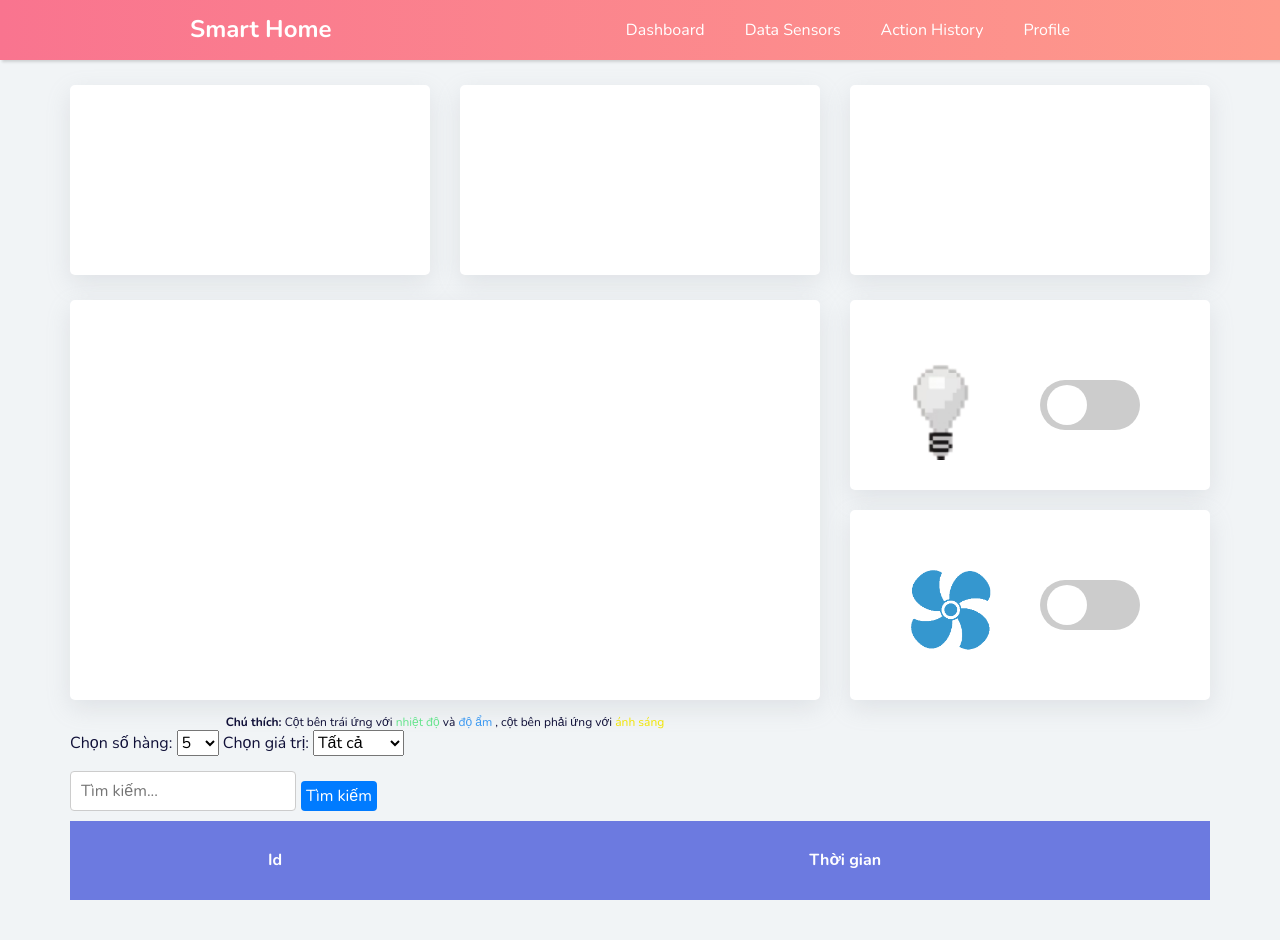
Repository: nhnhunnn/SmartHome
Page: datasensors.html
An editor plug-in stored every save of this project. The page is shown before and after a run of saves, followed by the edit.
The browser window is 1280 px wide. The pictures show the whole page.
The page's requests for data from a server got no answer.

Above is the page before, as saved 2024-06-03 22:42:58.

After the next 2 saves:
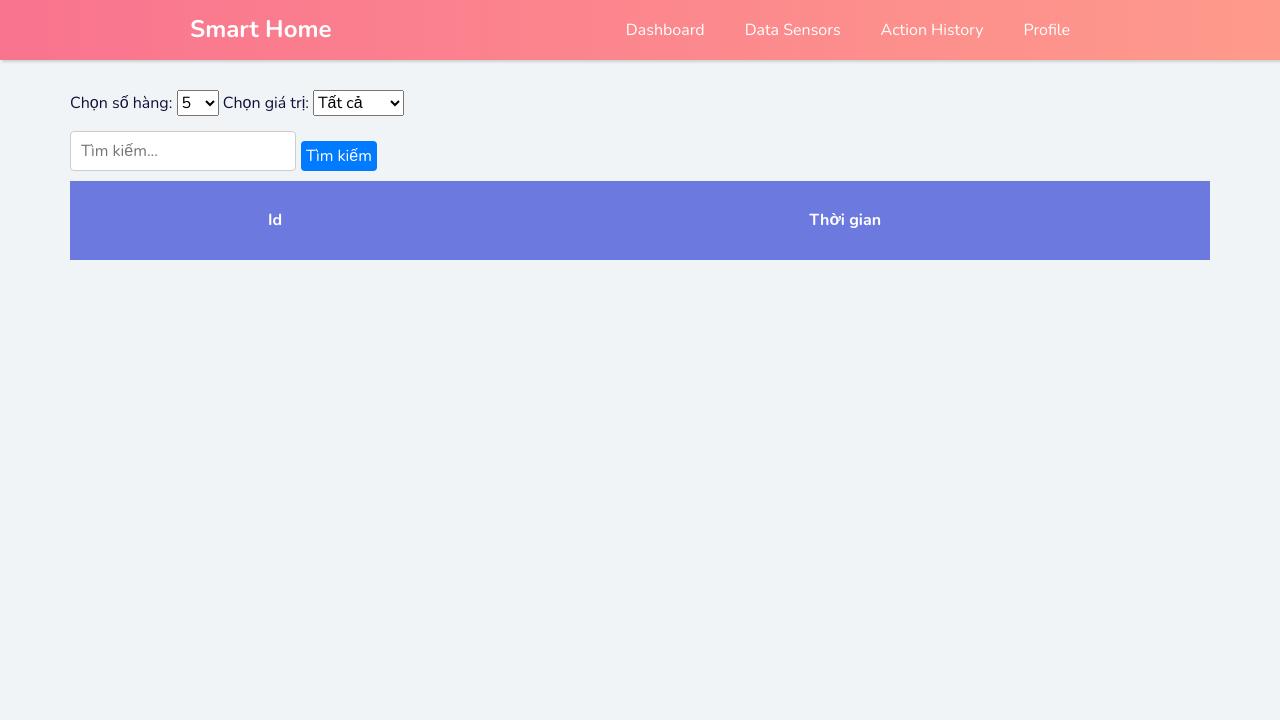
The 2 saves are shown as one change because they came seconds apart.
The last was saved 16 s later.
--- a/datasensors.html
+++ b/datasensors.html
@@ -39,81 +39,6 @@
       </ul>
     </div>
   </div>
-  <!-- Dashboard -->
-  <div class="hidden tabContent" id="wrapper">
-    <div class="envir">
-      <div class="envirItem">
-        <div class="envirTitle">
-          <svg xmlns="http://www.w3.org/2000/svg" width="50" height="50" viewBox="0 0 24 24" fill="none" stroke="#FFFF"
-            stroke-width="1.5" stroke-linecap="round" stroke-linejoin="round" class="lucide lucide-thermometer">
-            <path d="M14 4v10.54a4 4 0 1 1-4 0V4a2 2 0 0 1 4 0Z" />
-          </svg>
-          <span>Nhiệt độ</span>
-        </div>
-        <p class="envirTemp">26°C</p>
-      </div>
-      <div class="envirItem1">
-        <div class="envirTitle">
-          <svg xmlns="http://www.w3.org/2000/svg" width="50" height="50" viewBox="0 0 24 24" fill="none"
-            stroke="#ffffff" stroke-width="1.5" stroke-linecap="round" stroke-linejoin="round"
-            class="lucide lucide-droplets">
-            <path
-              d="M7 16.3c2.2 0 4-1.83 4-4.05 0-1.16-.57-2.26-1.71-3.19S7.29 6.75 7 5.3c-.29 1.45-1.14 2.84-2.29 3.76S3 11.1 3 12.25c0 2.22 1.8 4.05 4 4.05z" />
-            <path d="M12.56 6.6A10.97 10.97 0 0 0 14 3.02c.5 2.5 2 4.9 4 6.5s3 3.5 3 5.5a6.98 6.98 0 0 1-11.91 4.97" />
-          </svg>
-          <span>Độ ẩm</span>
-        </div>
-        <p class="envirHum">50%</p>
-      </div>
-      <div class="envirItem2">
-        <div class="envirTitle">
-          <svg xmlns="http://www.w3.org/2000/svg" width="50" height="50" viewBox="0 0 24 24" fill="none"
-            stroke="#ffffff" stroke-width="1.5" stroke-linecap="round" stroke-linejoin="round"
-            class="lucide lucide-sun">
-            <circle cx="12" cy="12" r="4" />
-            <path d="M12 2v2" />
-            <path d="M12 20v2" />
-            <path d="m4.93 4.93 1.41 1.41" />
-            <path d="m17.66 17.66 1.41 1.41" />
-            <path d="M2 12h2" />
-            <path d="M20 12h2" />
-            <path d="m6.34 17.66-1.41 1.41" />
-            <path d="m19.07 4.93-1.41 1.41" />
-          </svg>
-          <span>Ánh sáng</span>
-        </div>
-        <p class="envirLux">120 lux</p>
-      </div>
-    </div>
-    <div class="feature">
-      <div class="chartFeature featureItem">
-        <canvas id="myChart" style="width: 600px; height: 350px; margin: auto; padding-top: 50px"></canvas>
-        <p>
-          <b>Chú thích:</b> Cột bên trái ứng với
-          <span style="color: #65e48c">nhiệt độ</span> và
-          <span style="color: #3a98f1">độ ẩm</span> , cột bên phải ứng với
-          <span style="color: #f1e500">ánh sáng</span>
-        </p>
-      </div>
-      <div class="switchFeature">
-        <div class="lightSwitch featureItem">
-          <label>
-            <div class="lamp" id="lamp"></div>
-            <input type="checkbox" id="toggleSwitch" />
-            <span></span>
-          </label>
-        </div>
-        <div class="fanSwitch featureItem">
-          <label>
-            <div class="fan" id="fan"></div>
-            <input type="checkbox" id="toggleSwitchFan" />
-            <span></span>
-          </label>
-        </div>
-      </div>
-    </div>
-  </div>
-
   <!-- Data sensors  -->
   <div id="datasensors" class="tabContent">
     <label for="attributeRowsSelect">Chọn số hàng: </label>
